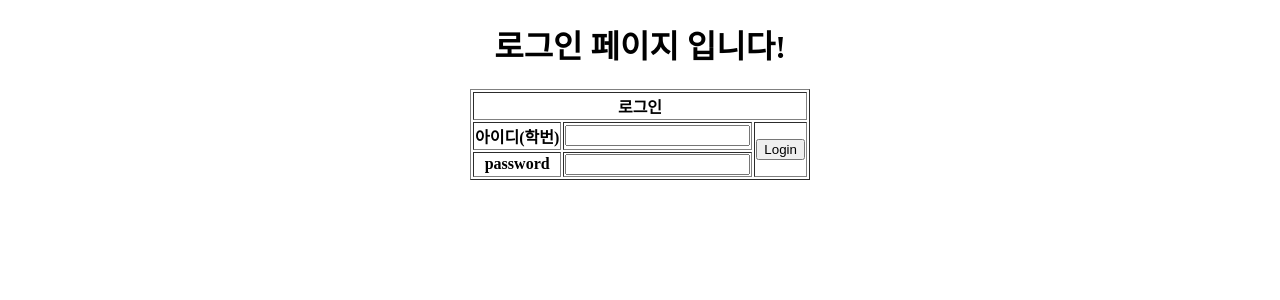
Repository: Park-In-Geun/Programming
Page: 웹프로그래밍 프로젝트/WebProject/WebContent/login.html
An editor plug-in stored every save of this project. The page is shown before and after the next save, followed by the edit.
The browser window is 1280 px wide. The pictures show the whole page.

Above is the page before, as saved 2018-06-13 16:18:22.

After the next save:
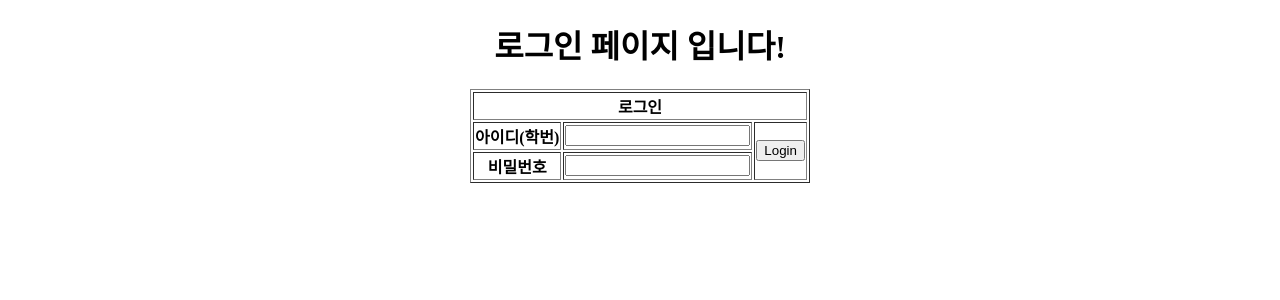
Saved 12 s later.
--- a/웹프로그래밍 프로젝트/WebProject/WebContent/login.html
+++ b/웹프로그래밍 프로젝트/WebProject/WebContent/login.html
@@ -18,7 +18,7 @@
 	<td rowspan="2"><input type=submit value=Login>
 </tr>
 <tr>
-	<td align="center"><strong>password
+	<td align="center"><strong>비밀번호
 	<td><input type=password name=password>
 </tr>
 </table>
